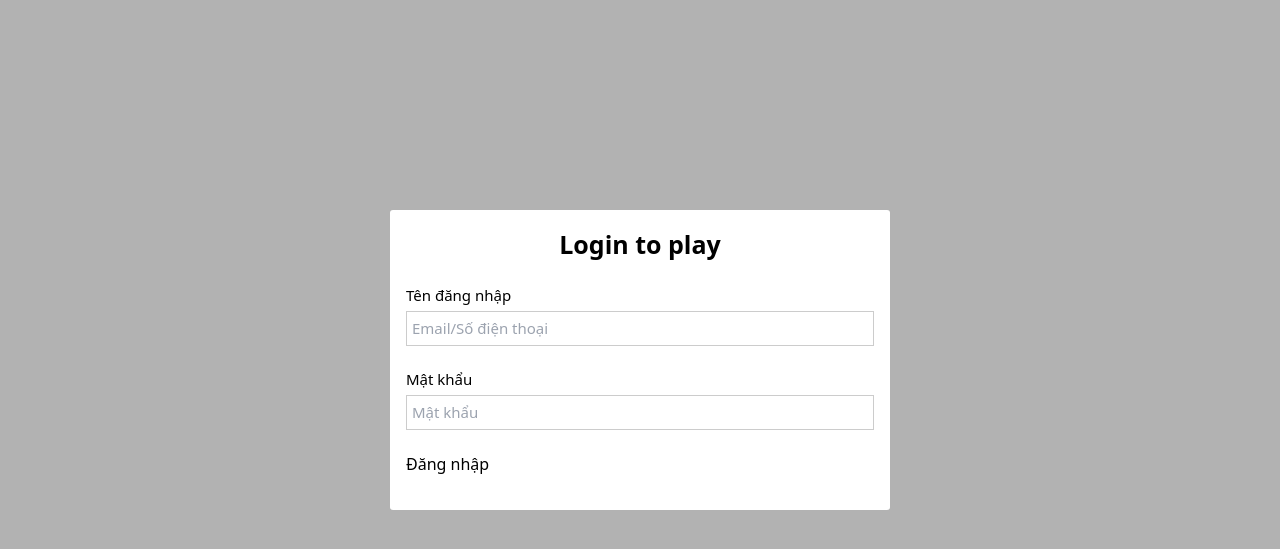
Repository: Teddy1705/demo_pj
Page: /
An editor plug-in stored every save of this project. The page is shown before and after the next save, followed by the edit.
The browser window is 1280 px wide. The pictures show the whole page.
The project was rebuilt for these pictures with package versions that can differ from the ones it lists, and the page was loaded fresh each time. Also part of the build but not shown: vite.config.js.

Above is the page before, as saved 2024-04-16 10:01:03.

### index.html
<!DOCTYPE html>
<html lang="en">
  <head>
    <meta charset="UTF-8" />
    <link rel="icon" type="image/svg+xml" href="/vite.svg" />
    <meta name="viewport" content="width=device-width, initial-scale=1.0" />
    <title>Tic Tac Toe</title>
    <link rel="stylesheet" href="./src/index.css" />
  </head>
  <body>
    <div id="root"></div>
    <script type="module" src="/src/main.jsx"></script>
  </body>
</html>

### src/index.css
:root {
  --white-color: #fff;
  --black-color: #000;
}

/*
1. Prevent padding and border from affecting element width. (https://github.com/mozdevs/cssremedy/issues/4)
2. Allow adding a border to an element by just adding a border-width. (https://github.com/tailwindcss/tailwindcss/pull/116)
*/

*,
::before,
::after {
  box-sizing: border-box;
  /* 1 */
  border-width: 0;
  /* 2 */
  border-style: solid;
  /* 2 */
  border-color: #e5e7eb;
  /* 2 */
}

::before,
::after {
  --tw-content: "";
}

/*
1. Use a consistent sensible line-height in all browsers.
2. Prevent adjustments of font size after orientation changes in iOS.
3. Use a more readable tab size.
4. Use the user's configured `sans` font-family by default.
5. Use the user's configured `sans` font-feature-settings by default.
6. Use the user's configured `sans` font-variation-settings by default.
7. Disable tap highlights on iOS
*/

html,
:host {
  line-height: 1.5;
  /* 1 */
  -webkit-text-size-adjust: 100%;
  /* 2 */
  -moz-tab-size: 4;
  /* 3 */
  -o-tab-size: 4;
  tab-size: 4;
  /* 3 */
  font-family: ui-sans-serif, system-ui, sans-serif, "Apple Color Emoji",
    "Segoe UI Emoji", "Segoe UI Symbol", "Noto Color Emoji";
  /* 4 */
  font-feature-settings: normal;
  /* 5 */
  font-variation-settings: normal;
  /* 6 */
  -webkit-tap-highlight-color: transparent;
  /* 7 */
}

/*
1. Remove the margin in all browsers.
2. Inherit line-height from `html` so users can set them as a class directly on the `html` element.
*/

body {
  margin: 0;
  /* 1 */
  line-height: inherit;
  /* 2 */
}

/*
1. Add the correct height in Firefox.
2. Correct the inheritance of border color in Firefox. (https://bugzilla.mozilla.org/show_bug.cgi?id=190655)
3. Ensure horizontal rules are visible by default.
*/

hr {
  height: 0;
  /* 1 */
  color: inherit;
  /* 2 */
  border-top-width: 1px;
  /* 3 */
}

/*
Add the correct text decoration in Chrome, Edge, and Safari.
*/

abbr:where([title]) {
  -webkit-text-decoration: underline dotted;
  text-decoration: underline dotted;
}

/*
Remove the default font size and weight for headings.
*/

h1,
h2,
h3,
h4,
h5,
h6 {
  font-size: inherit;
  font-weight: inherit;
}

/*
Reset links to optimize for opt-in styling instead of opt-out.
*/

a {
  color: inherit;
  text-decoration: inherit;
}

/*
Add the correct font weight in Edge and Safari.
*/

b,
strong {
  font-weight: bolder;
}

/*
1. Use the user's configured `mono` font-family by default.
2. Use the user's configured `mono` font-feature-settings by default.
3. Use the user's configured `mono` font-variation-settings by default.
4. Correct the odd `em` font sizing in all browsers.
*/

code,
kbd,
samp,
pre {
  font-family: ui-monospace, SFMono-Regular, Menlo, Monaco, Consolas,
    "Liberation Mono", "Courier New", monospace;
  /* 1 */
  font-feature-settings: normal;
  /* 2 */
  font-variation-settings: normal;
  /* 3 */
  font-size: 1em;
  /* 4 */
}

/*
Add the correct font size in all browsers.
*/

small {
  font-size: 80%;
}

/*
Prevent `sub` and `sup` elements from affecting the line height in all browsers.
*/

sub,
sup {
  font-size: 75%;
  line-height: 0;
  position: relative;
  vertical-align: baseline;
}

sub {
  bottom: -0.25em;
}

sup {
  top: -0.5em;
}

/*
1. Remove text indentation from table contents in Chrome and Safari. (https://bugs.chromium.org/p/chromium/issues/detail?id=999088, https://bugs.webkit.org/show_bug.cgi?id=201297)
2. Correct table border color inheritance in all Chrome and Safari. (https://bugs.chromium.org/p/chromium/issues/detail?id=935729, https://bugs.webkit.org/show_bug.cgi?id=195016)
3. Remove gaps between table borders by default.
*/

table {
  text-indent: 0;
  /* 1 */
  border-color: inherit;
  /* 2 */
  border-collapse: collapse;
  /* 3 */
}

/*
1. Change the font styles in all browsers.
2. Remove the margin in Firefox and Safari.
3. Remove default padding in all browsers.
*/

button,
input,
optgroup,
select,
textarea {
  font-family: inherit;
  /* 1 */
  font-feature-settings: inherit;
  /* 1 */
  font-variation-settings: inherit;
  /* 1 */
  font-size: 100%;
  /* 1 */
  font-weight: inherit;
  /* 1 */
  line-height: inherit;
  /* 1 */
  letter-spacing: inherit;
  /* 1 */
  color: inherit;
  /* 1 */
  margin: 0;
  /* 2 */
  padding: 0;
  /* 3 */
}

/*
Remove the inheritance of text transform in Edge and Firefox.
*/

button,
select {
  text-transform: none;
}

/*
1. Correct the inability to style clickable types in iOS and Safari.
2. Remove default button styles.
*/

button,
input:where([type="button"]),
input:where([type="reset"]),
input:where([type="submit"]) {
  -webkit-appearance: button;
  /* 1 */
  background-color: transparent;
  /* 2 */
  background-image: none;
  /* 2 */
}

/*
Use the modern Firefox focus style for all focusable elements.
*/

:-moz-focusring {
  outline: auto;
}

/*
Remove the additional `:invalid` styles in Firefox. (https://github.com/mozilla/gecko-dev/blob/2f9eacd9d3d995c937b4251a5557d95d494c9be1/layout/style/res/forms.css#L728-L737)
*/

:-moz-ui-invalid {
  box-shadow: none;
}

/*
Add the correct vertical alignment in Chrome and Firefox.
*/

progress {
  vertical-align: baseline;
}

/*
Correct the cursor style of increment and decrement buttons in Safari.
*/

::-webkit-inner-spin-button,
::-webkit-outer-spin-button {
  height: auto;
}

/*
1. Correct the odd appearance in Chrome and Safari.
2. Correct the outline style in Safari.
*/

[type="search"] {
  -webkit-appearance: textfield;
  /* 1 */
  outline-offset: -2px;
  /* 2 */
}

/*
Remove the inner padding in Chrome and Safari on macOS.
*/

::-webkit-search-decoration {
  -webkit-appearance: none;
}

/*
1. Correct the inability to style clickable types in iOS and Safari.
2. Change font properties to `inherit` in Safari.
*/

::-webkit-file-upload-button {
  -webkit-appearance: button;
  /* 1 */
  font: inherit;
  /* 2 */
}

/*
Add the correct display in Chrome and Safari.
*/

summary {
  display: list-item;
}

/*
Removes the default spacing and border for appropriate elements.
*/

blockquote,
dl,
dd,
h1,
h2,
h3,
h4,
h5,
h6,
hr,
figure,
p,
pre {
  margin: 0;
}

fieldset {
  margin: 0;
  padding: 0;
}

legend {
  padding: 0;
}

ol,
ul,
menu {
  list-style: none;
  margin: 0;
  padding: 0;
}

/*
Reset default styling for dialogs.
*/

dialog {
  padding: 0;
}

/*
Prevent resizing textareas horizontally by default.
*/

textarea {
  resize: vertical;
}

/*
1. Reset the default placeholder opacity in Firefox. (https://github.com/tailwindlabs/tailwindcss/issues/3300)
2. Set the default placeholder color to the user's configured gray 400 color.
*/

input::-moz-placeholder,
textarea::-moz-placeholder {
  opacity: 1;
  /* 1 */
  color: #9ca3af;
  /* 2 */
}

input::placeholder,
textarea::placeholder {
  opacity: 1;
  /* 1 */
  color: #9ca3af;
  /* 2 */
}

/*
Set the default cursor for buttons.
*/

button,
[role="button"] {
  cursor: pointer;
}

/*
Make sure disabled buttons don't get the pointer cursor.
*/

:disabled {
  cursor: default;
}

/*
1. Make replaced elements `display: block` by default. (https://github.com/mozdevs/cssremedy/issues/14)
2. Add `vertical-align: middle` to align replaced elements more sensibly by default. (https://github.com/jensimmons/cssremedy/issues/14#issuecomment-634934210)
   This can trigger a poorly considered lint error in some tools but is included by design.
*/

img,
svg,
video,
canvas,
audio,
iframe,
embed,
object {
  display: block;
  /* 1 */
  vertical-align: middle;
  /* 2 */
}

/*
Constrain images and videos to the parent width and preserve their intrinsic aspect ratio. (https://github.com/mozdevs/cssremedy/issues/14)
*/

img,
video {
  max-width: 100%;
  height: auto;
}

/* Make elements with the HTML hidden attribute stay hidden by default */

[hidden] {
  display: none;
}

*,
::before,
::after {
  --tw-border-spacing-x: 0;
  --tw-border-spacing-y: 0;
  --tw-translate-x: 0;
  --tw-translate-y: 0;
  --tw-rotate: 0;
  --tw-skew-x: 0;
  --tw-skew-y: 0;
  --tw-scale-x: 1;
  --tw-scale-y: 1;
  --tw-pan-x: ;
  --tw-pan-y: ;
  --tw-pinch-zoom: ;
  --tw-scroll-snap-strictness: proximity;
  --tw-gradient-from-position: ;
  --tw-gradient-via-position: ;
  --tw-gradient-to-position: ;
  --tw-ordinal: ;
  --tw-slashed-zero: ;
  --tw-numeric-figure: ;
  --tw-numeric-spacing: ;
  --tw-numeric-fraction: ;
  --tw-ring-inset: ;
  --tw-ring-offset-width: 0px;
  --tw-ring-offset-color: #fff;
  --tw-ring-color: rgb(59 130 246 / 0.5);
  --tw-ring-offset-shadow: 0 0 #0000;
  --tw-ring-shadow: 0 0 #0000;
  --tw-shadow: 0 0 #0000;
  --tw-shadow-colored: 0 0 #0000;
  --tw-blur: ;
  --tw-brightness: ;
  --tw-contrast: ;
  --tw-grayscale: ;
  --tw-hue-rotate: ;
  --tw-invert: ;
  --tw-saturate: ;
  --tw-sepia: ;
  --tw-drop-shadow: ;
  --tw-backdrop-blur: ;
  --tw-backdrop-brightness: ;
  --tw-backdrop-contrast: ;
  --tw-backdrop-grayscale: ;
  --tw-backdrop-hue-rotate: ;
  --tw-backdrop-invert: ;
  --tw-backdrop-opacity: ;
  --tw-backdrop-saturate: ;
  --tw-backdrop-sepia: ;
  --tw-contain-size: ;
  --tw-contain-layout: ;
  --tw-contain-paint: ;
  --tw-contain-style: ;
}

::backdrop {
  --tw-border-spacing-x: 0;
  --tw-border-spacing-y: 0;
  --tw-translate-x: 0;
  --tw-translate-y: 0;
  --tw-rotate: 0;
  --tw-skew-x: 0;
  --tw-skew-y: 0;
  --tw-scale-x: 1;
  --tw-scale-y: 1;
  --tw-pan-x: ;
  --tw-pan-y: ;
  --tw-pinch-zoom: ;
  --tw-scroll-snap-strictness: proximity;
  --tw-gradient-from-position: ;
  --tw-gradient-via-position: ;
  --tw-gradient-to-position: ;
  --tw-ordinal: ;
  --tw-slashed-zero: ;
  --tw-numeric-figure: ;
  --tw-numeric-spacing: ;
  --tw-numeric-fraction: ;
  --tw-ring-inset: ;
  --tw-ring-offset-width: 0px;
  --tw-ring-offset-color: #fff;
  --tw-ring-color: rgb(59 130 246 / 0.5);
  --tw-ring-offset-shadow: 0 0 #0000;
  --tw-ring-shadow: 0 0 #0000;
  --tw-shadow: 0 0 #0000;
  --tw-shadow-colored: 0 0 #0000;
  --tw-blur: ;
  --tw-brightness: ;
  --tw-contrast: ;
  --tw-grayscale: ;
  --tw-hue-rotate: ;
  --tw-invert: ;
  --tw-saturate: ;
  --tw-sepia: ;
  --tw-drop-shadow: ;
  --tw-backdrop-blur: ;
  --tw-backdrop-brightness: ;
  --tw-backdrop-contrast: ;
  --tw-backdrop-grayscale: ;
  --tw-backdrop-hue-rotate: ;
  --tw-backdrop-invert: ;
  --tw-backdrop-opacity: ;
  --tw-backdrop-saturate: ;
  --tw-backdrop-sepia: ;
  --tw-contain-size: ;
  --tw-contain-layout: ;
  --tw-contain-paint: ;
  --tw-contain-style: ;
}

#modal {
  position: fixed;
  top: 0;
  right: 0;
  bottom: 0;
  left: 0;
  display: flex;
  align-items: center;
  justify-content: center;
}

#modal .modal__overlay {
  position: absolute;
  width: 100%;
  height: 100%;
  background-color: rgba(0, 0, 0, 0.3);
}

#modal .modal__body {
  position: relative;
  background-color: var(--white-color);
  margin: auto;
  width: 500px;
  min-height: 300px;
  padding: 16px;
  border-radius: 3px;
}

.auth-form {
}

.auth-form__heading {
  font-size: 25px;
  font-weight: 700;
  text-align: center;
  margin-bottom: 20px;
}

.auth-form__info {
}

.auth-form__info-details {
}

.auth-form__label {
  display: block;
  font-size: 15px;
  font-weight: 500;
}

.auth-form__info-input {
  border: 1px solid #ccc;
  width: 100%;
  font-size: 15px;
  padding: 5px;
  margin: 5px 0 22px;
}

.auth-form__btn {
  width: 100%;
}

### src/main.jsx
import React from "react";
import ReactDOM from "react-dom/client";
import App from "./App.jsx";
import { createBrowserRouter, RouterProvider } from "react-router-dom";
import Root from "./routes/root";
import "./index.css";

const router = createBrowserRouter([
  {
    path: "/",
    element: <Root />,
  },
]);

ReactDOM.createRoot(document.getElementById("root")).render(
  <React.StrictMode>
    <RouterProvider router={router} />
    <App />
  </React.StrictMode>
);

### src/routes/root.jsx
export default function Root() {
  return (
    <>
      <div id="modal">
        <div className="modal__overlay"></div>
        <div className="modal__body">
          <div className="auth-form">
            <h1 className="auth-form__heading">Login to play</h1>
            <div className="auth-form__info">
              <div className="auth-form__info-details">
                <label htmlFor="" className="auth-form__label">
                  Tên đăng nhập
                </label>
                <input
                  type="text"
                  className="auth-form__info-input"
                  placeholder="Email/Số điện thoại"
                />
              </div>
              <div className="auth-form__info-details">
                <label htmlFor="" className="auth-form__label">
                  Mật khẩu
                </label>
                <input
                  type="password"
                  className="auth-form__info-input"
                  placeholder="Mật khẩu"
                />
              </div>
            </div>
            <div className="auth-form__btn">
              <a
                href={`https://codesandbox.io/s/q2z497?file=%2Fsrc%2FApp.js&utm_medium=sandpack`}
                className=""
              >
                Đăng nhập
              </a>
            </div>
          </div>
        </div>
      </div>
      <div id="detail"></div>
    </>
  );
}

Loaded but not shown: src/App.jsx (common file)

After the next save:
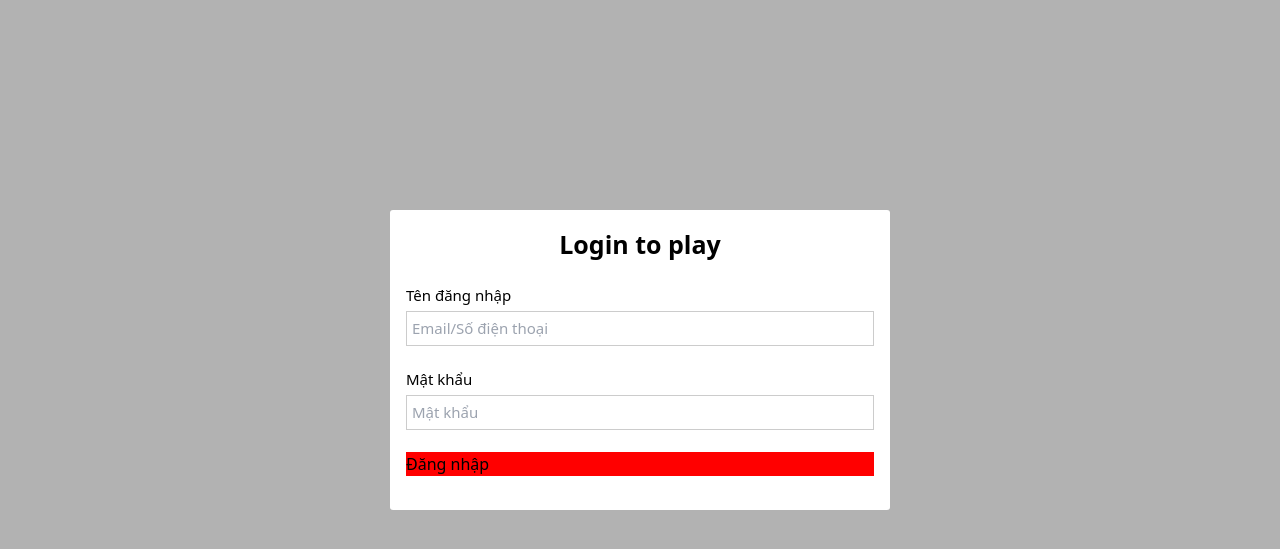
Saved 14 s later.
--- a/src/index.css
+++ b/src/index.css
@@ -620,4 +620,5 @@ video {
 
 .auth-form__btn {
   width: 100%;
-}
+  background-color: red;
+}
